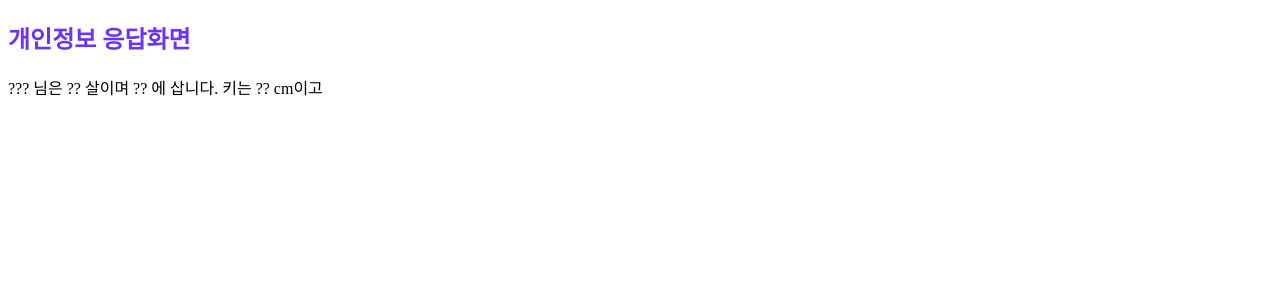
Repository: DonghwanSon1/StudyAndSubwayStore
Page: http://localhost/1_Servlet/view/responsePage.jsp
An editor plug-in stored every save of this project. The page is shown before and after the next save, followed by the edit.
The browser window is 1280 px wide. The pictures show the whole page.
The page is served by Tomcat 9. Other server files are loaded and not shown.

Above is the page before, as saved 2022-06-02 02:43:37.

### 1_Servlet/WebContent/view/responsePage.jsp
<%@ page language="java" contentType="text/html; charset=UTF-8"
    pageEncoding="UTF-8"%>
<!DOCTYPE html>
<html>
<head>
<meta charset="UTF-8">
<title>개인정보 응답화면</title>
<style>
    h2{color: rgb(109, 49, 248);}
    span{font-weight: bold;}
    #name{color: gold;}
    #age{color: rgb(246, 111, 111);}
    #city{color:aqua}
    #height{color: rgb(199, 40, 12);}
    #gender{color: aquamarine;}
    li{color: indianred;}
</style>
</head>
<body>

    <h2>개인정보 응답화면</h2>

    ??? 님은
    ?? 살이며
    ?? 에 삽니다.
    키는 ?? cm이고














</body>
</html>

After the next save:
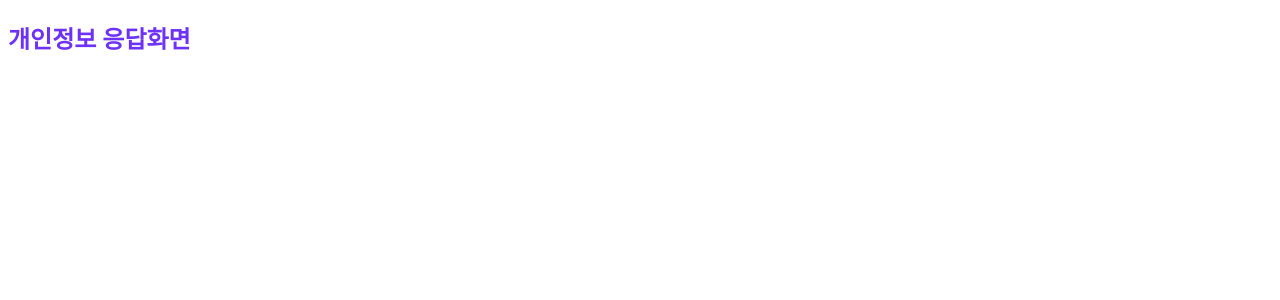
Saved 45 s later.
--- a/1_Servlet/WebContent/view/responsePage.jsp
+++ b/1_Servlet/WebContent/view/responsePage.jsp
@@ -1,5 +1,9 @@
 <%@ page language="java" contentType="text/html; charset=UTF-8"
     pageEncoding="UTF-8"%>
+<%
+	// 이 구문을 스크립틀릿(scriptlet)이라고 해서 HTML내에 자바 코드를 쓸 수 있는 영역
+	// 현재 이 jsp파일에서 필요로 하는 데이터들
+%>
 <!DOCTYPE html>
 <html>
 <head>
@@ -20,10 +24,6 @@
 
     <h2>개인정보 응답화면</h2>
 
-    ??? 님은
-    ?? 살이며
-    ?? 에 삽니다.
-    키는 ?? cm이고
 
 
 
